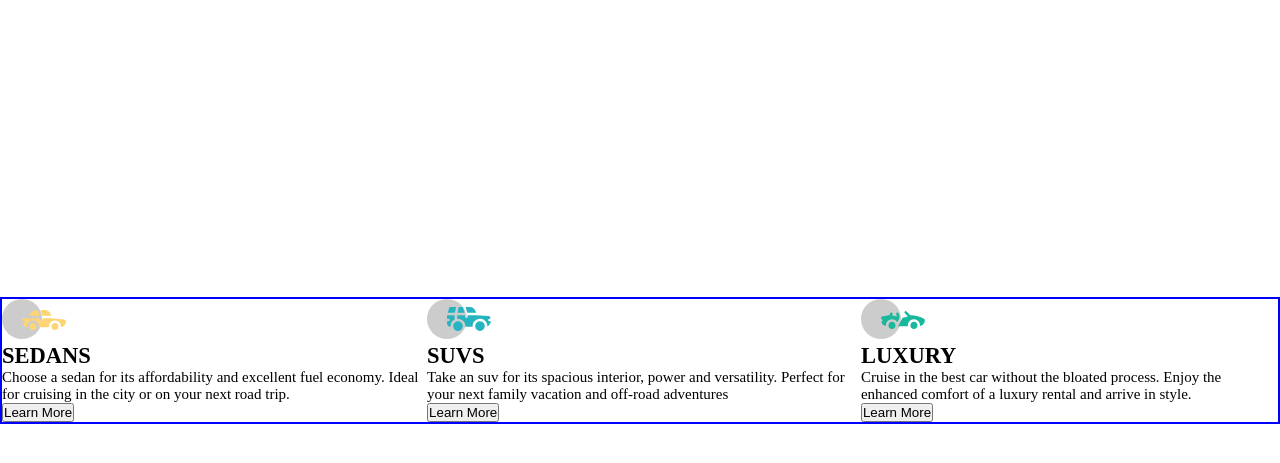
Repository: UnegbuAbigail/3-columns-cards
Page: index.html
The author's editor kept a copy of each file at every save. The page is drawn from the files as they stood at one save, then again after the next save.
The browser window is 1280 px wide. The pictures show the whole page.

Above is the page before, as saved 2024-08-03 12:59:51.

After the next save:
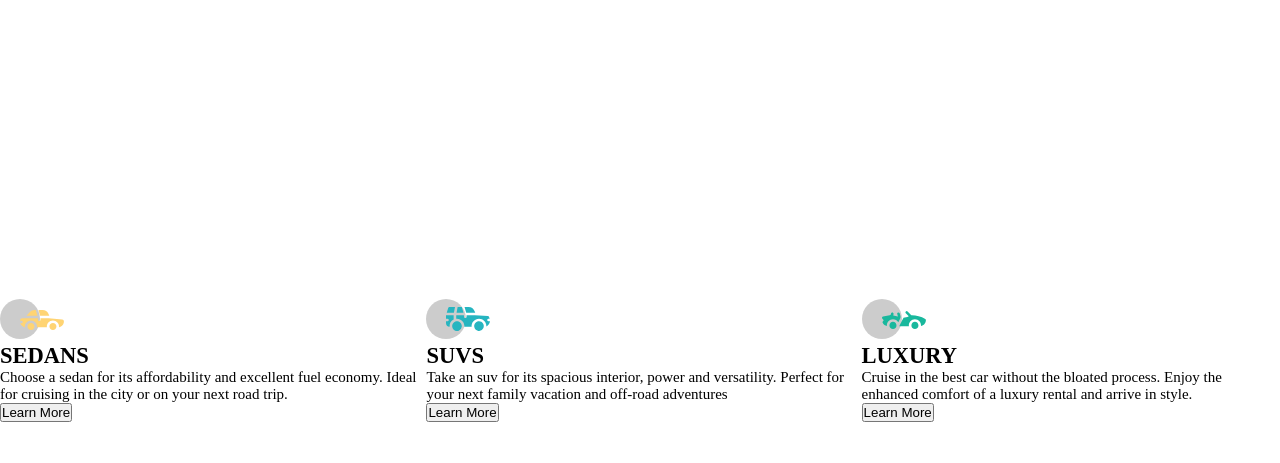
Saved 63 min 48 s later.
--- a/style.css
+++ b/style.css
@@ -37,7 +37,7 @@ main{
 }
 
 section{
-        border: 2px solid blue;
+        /* border: 2px solid blue; */
         display: flex;
         justify-content: center;
         align-items: center;
